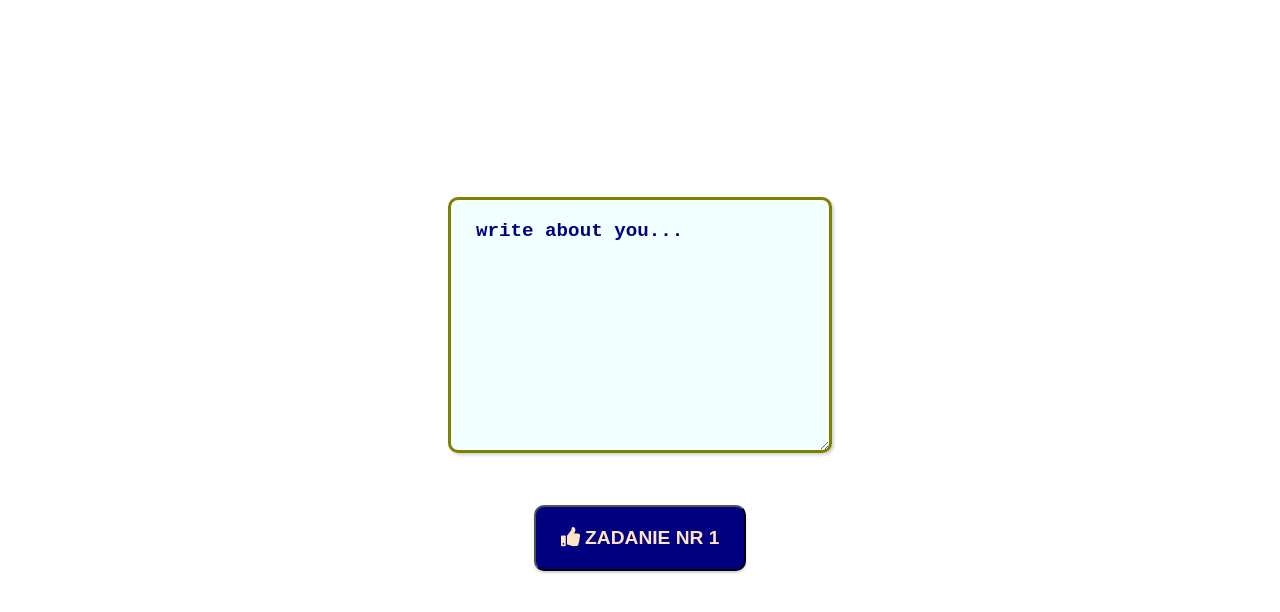
Repository: KrzysKolo/sr_tydzien3_zad_1_2_3
Page: /
An editor plug-in stored every save of this project. The page is shown before and after the next save, followed by the edit.
The browser window is 1280 px wide. The pictures show the whole page.
The project was rebuilt for these pictures with package versions that can differ from the ones it lists, and the page was loaded fresh each time.

Above is the page before, as saved 2020-11-02 16:58:08.

After the next save:
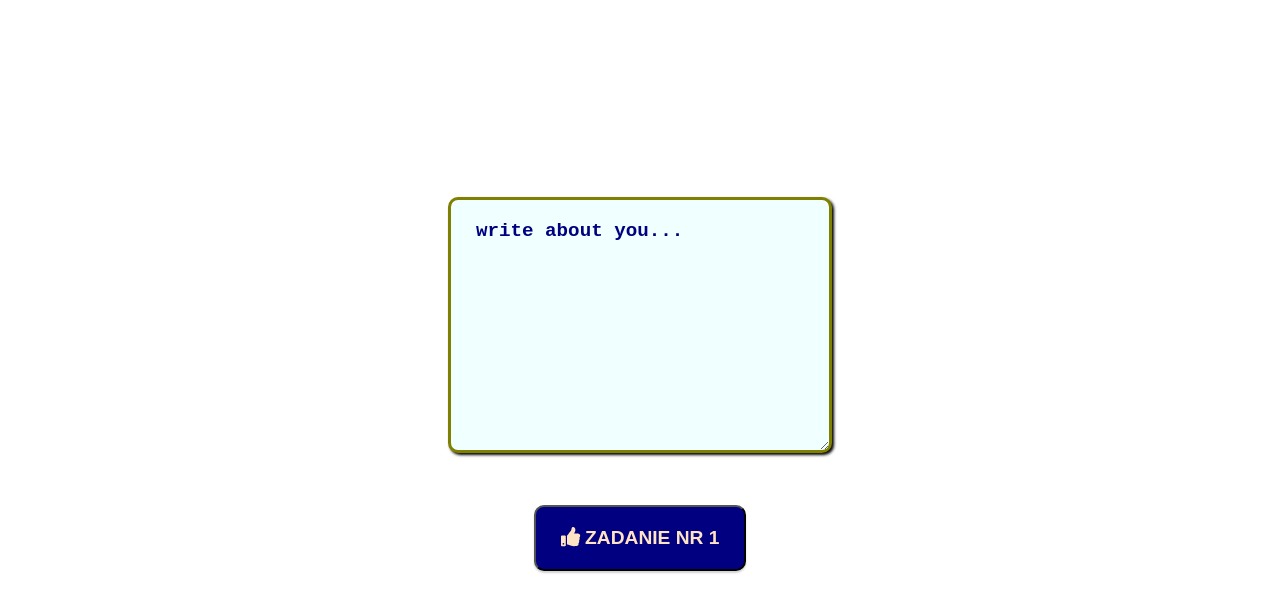
Saved 11 s later.
--- a/src/components/Form/Textarea.js
+++ b/src/components/Form/Textarea.js
@@ -7,7 +7,7 @@ const Textarea = ({value, color, bgColor, borderSize, borderRadius, borderColor}
     background-color: ${bgColor};
     border-radius: ${borderRadius};
     border: ${borderSize} solid ${borderColor};;
-    box-shadow: 2px 2px 3px lightgray;
+    box-shadow: 2px 2px 3px black;
     color: ${color};
     font-weight: bold;
     font-size: 1.2rem;
